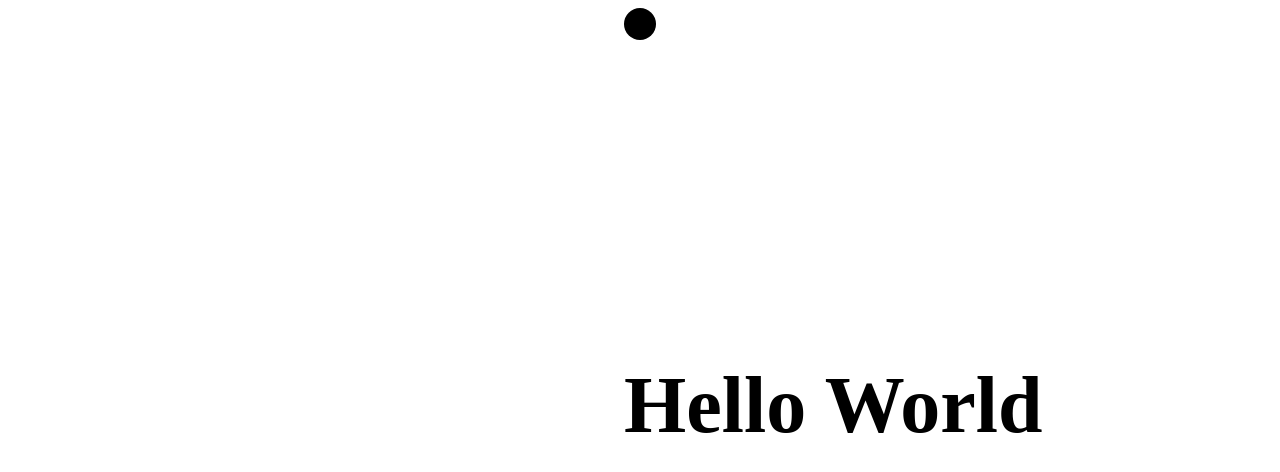
Repository: sarahlochhead/css-demo
Page: index.html
The author's editor kept a copy of each file at every save. The page is drawn from the files as they stood at one save, then again after the next save.
The browser window is 1280 px wide. The pictures show the whole page.

Above is the page before, as saved 2023-04-28 12:19:25.

### index.html
<!DOCTYPE html>
<html lang="en">
<head>
    <meta charset="UTF-8">
    <meta http-equiv="X-UA-Compatible" content="IE=edge">
    <meta name="viewport" content="width=device-width, initial-scale=1.0">
    <title>Light It Up Demo</title>
    <link rel="stylesheet" href="styles.css">
</head>
<body>
    <header>
        <h1>Hello World</h1>
    </header>
   <div class="small"></div>





</body>
</html>

### styles.css
@charset "utf-8";

body {
    display: flex;
    justify-content: center;
    align-items: center;
}

h1 {
    position: absolute;
    top: 50%;
    font-size: 5rem;
    margin: 0 auto;
}

.small {
    height: 2rem;
    width: 2rem;
    border-radius: 100%;
    background-color: black;

}

After the next save:
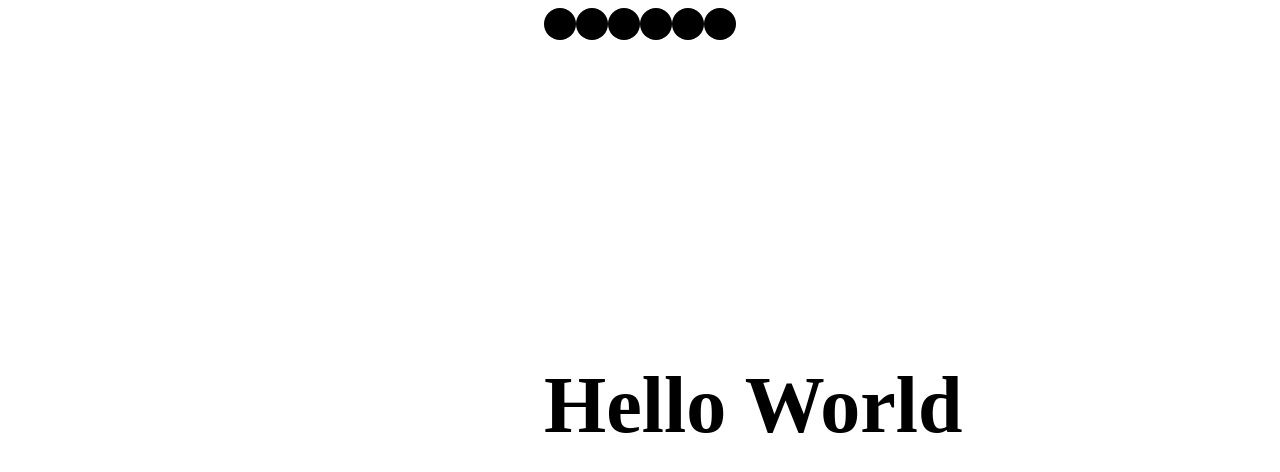
Saved 9 s later.
--- a/index.html
+++ b/index.html
@@ -12,6 +12,11 @@
         <h1>Hello World</h1>
     </header>
    <div class="small"></div>
+   <div class="small"></div>
+   <div class="small"></div>
+   <div class="small"></div>
+   <div class="small"></div>
+   <div class="small"></div>
 
 
 
